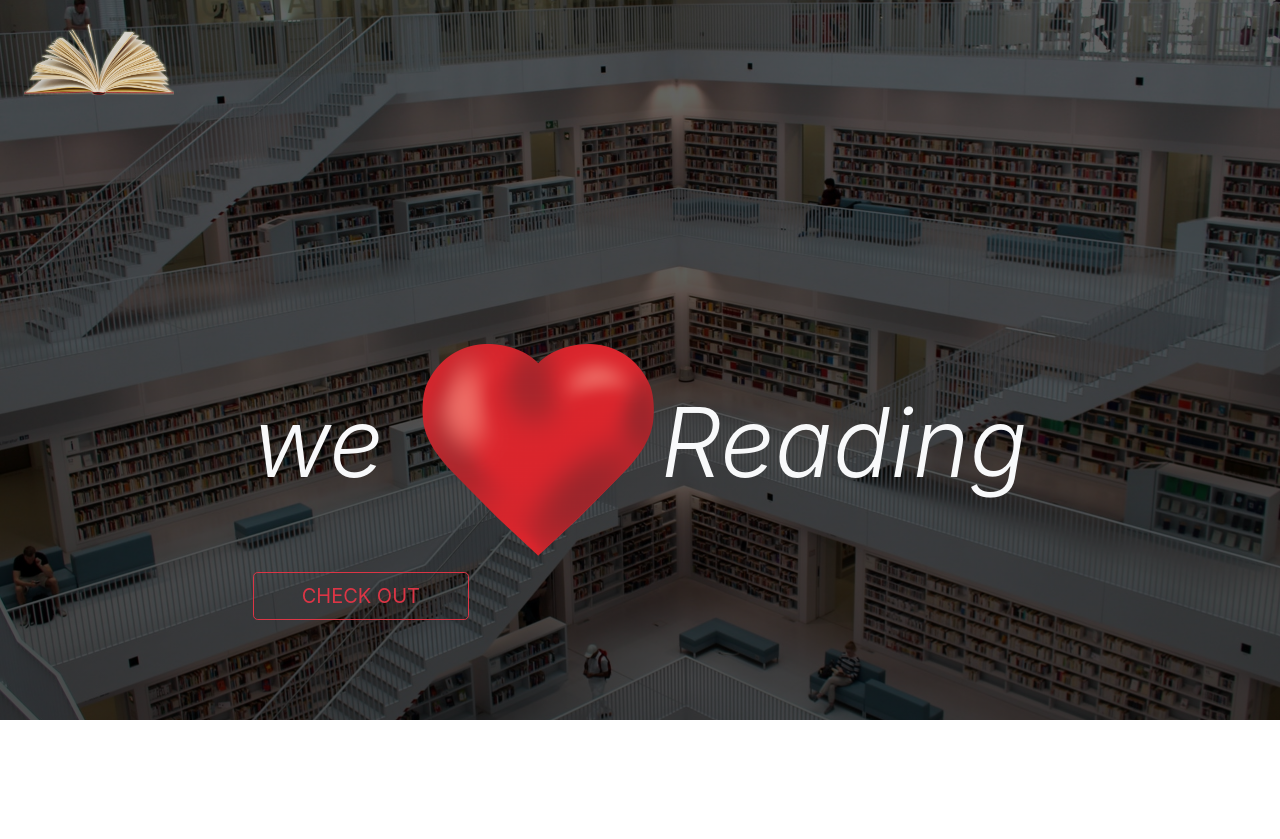
Repository: imedakrouti/BookStore
Page: index.html
The author's editor kept a copy of each file at every save. The page is drawn from the files as they stood at one save, then again after the next save.
The browser window is 1280 px wide. The pictures show the whole page.
Backgrounds fixed to the window are drawn as part of the page. Some web libraries are served in a nearby version.

Above is the page before, as saved 2020-05-05 16:14:34.

After the next save:
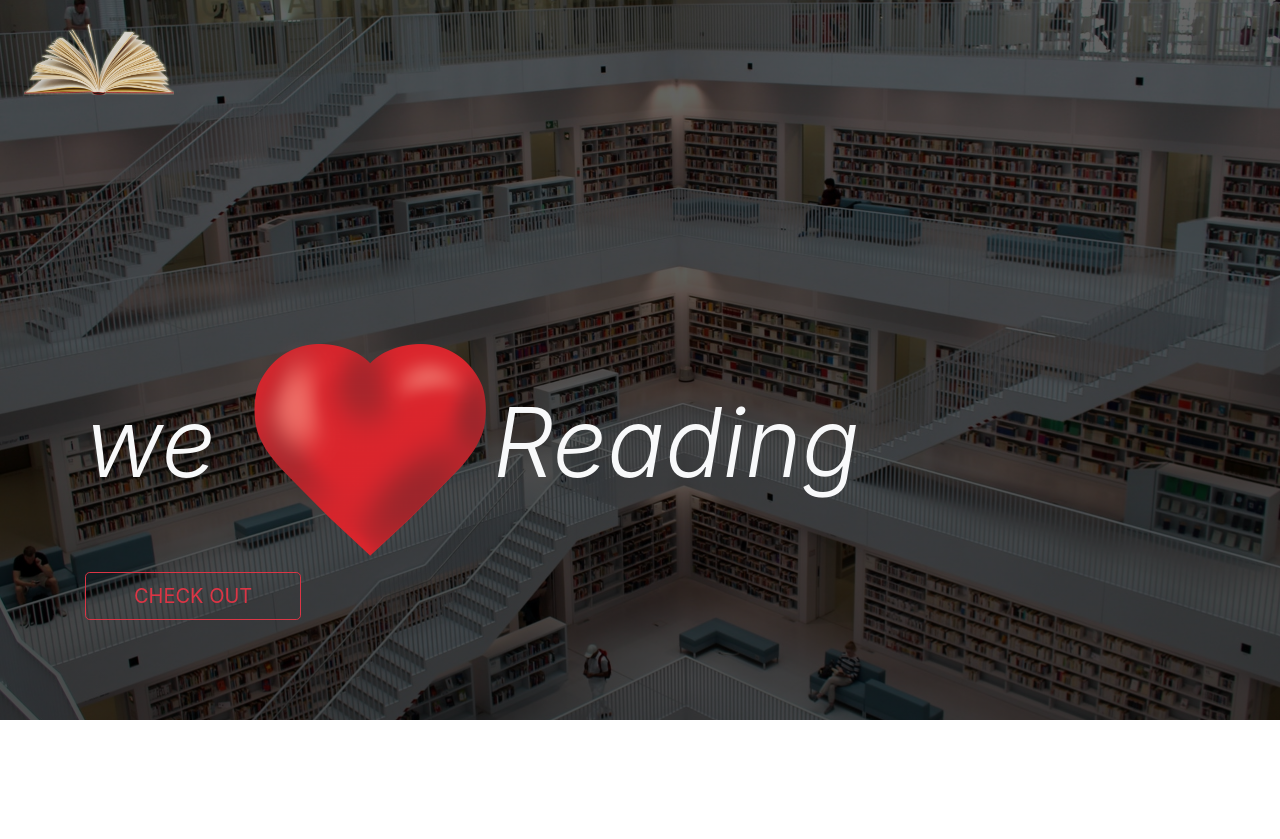
Saved 17 s later.
--- a/index.html
+++ b/index.html
@@ -22,13 +22,15 @@
         </div>
         <!-- Hero -->
         <div class="hero">
-
-                <div class="">
-         <h1 class="text-light display-1 font-italic heading hero-heading">we <img src="images/img/heart.png"width="250px" alt=""class="img-fliud">Reading</h1>
-                   <a href="" class="btn btn-lg btn-outline-danger  px-5 text-uppercase ">check out</a>
+          <div class="container">
+            <div class="row">
+                <div class="col">
+                    <h1 class="text-light display-1 font-italic heading hero-heading">we <img src="images/img/heart.png"width="250px" alt=""class="img-fliud">Reading</h1>
+              <a href="" class="btn btn-lg btn-outline-danger  px-5 text-uppercase ">check out</a>
                 </div>
             </div>
-
+        </div>
+    </div>
     <!-- End Hero -->
     </header>
     <!-- End Of Header -->
